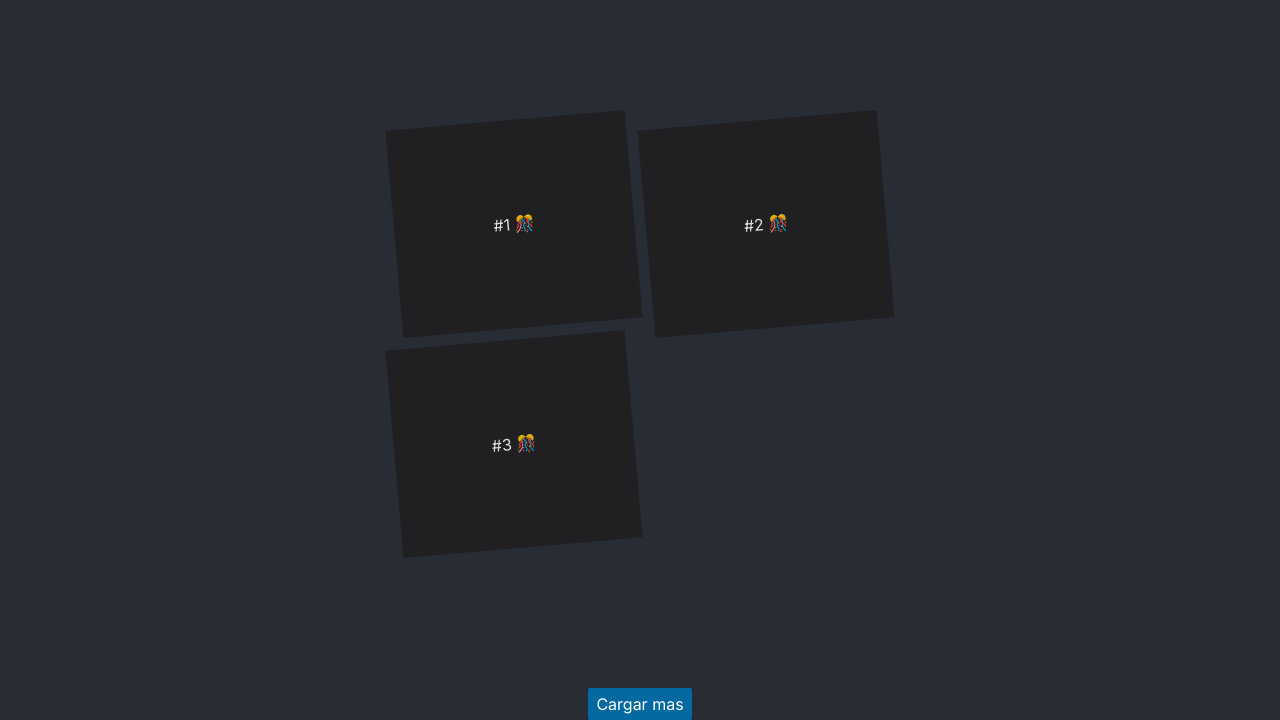
Repository: devsecops-node/simple-play
Page: /recomendations
These files come from the project's save history. The page is drawn as it stood at one moment and after the next save; the edit follows.
The browser window is 1280 px wide. The pictures show the whole page.
The project was rebuilt for these pictures with package versions that can differ from the ones it lists, and the page was loaded fresh each time. The framework's server and built-in components were replaced by stand-ins that run in the browser. Also part of the build but not shown: next.config.mjs.

Above is the page before, as saved 2024-06-21 18:50:41.

### src/app/recomendations/page.tsx
import React from 'react'
import Container from '../_components/Container'
import { RecomendationUI } from '../_components/RecomendationsSearch'
import Card from '../_components/Card'
import styles from "../_styles/cards.module.css"

export interface RecomendationUI2 {
  id: number
  recomenda: string
}

const page = () => {
  const recom: RecomendationUI2[] = [
    { id: 1, recomenda: 'Cuando sonries, el mundo entero se detiene, es tan triste que no lo veas' },
    { id: 2, recomenda: 'Si me preguntas que si te ves bien, diria que no hay nada que cambiaria, eres increible, tal como eres' },
    { id: 3, recomenda: 'Ya deja de preocuparte, recuerda que' }]
  return (
    <Container>
      <div className={styles.container}>
        <div className={styles.cards}>
          {recom.map((dat) => (
            <Card key={dat.id} recomenda={dat} />
          ))}
        </div>

      </div>
      <button className='inline-block mt-5 px-2 py-1 bg-sky-700 rounded-sm'>Cargar mas</button>
    </Container>
  )
}

export default page

### src/app/globals.css
@tailwind base;
@tailwind components;
@tailwind utilities;

:root {
  --foreground-rgb: 0, 0, 0;
  --background-start-rgb: 214, 219, 220;
  --background-end-rgb: 255, 255, 255;
}

@media (prefers-color-scheme: dark) {
  :root {
    --foreground-rgb: 255, 255, 255;
    --background-start-rgb: 0, 0, 0;
    --background-end-rgb: 0, 0, 0;
  }
}

body {
  color: rgb(var(--foreground-rgb));
  background: linear-gradient(to bottom,
      transparent,
      rgb(var(--background-end-rgb))) rgb(var(--background-start-rgb));
}

@layer utilities {
  .text-balance {
    text-wrap: balance;
  }
}

input {
  color: black;
  padding: 3px 5px;
  border-radius: 0.125rem;
  -webkit-border-radius: 0.125rem;
  -moz-border-radius: 0.125rem;
  -ms-border-radius: 0.125rem;
  -o-border-radius: 0.125rem;
  font-size: 15px;
  border: none;
}

input[type=text]:focus {
  outline: 2px solid #0284c7;
}
/* Resource for Card */

### src/app/_components/Container.tsx
import React from 'react'

const Container = ({ children }: { children: React.ReactNode }) => {
  return (
    <div className='bg-[#282c34] h-screen text-white flex flex-col items-center justify-center'>
      {children}
    </div>
  )
}

export default Container

### src/app/_components/Card.tsx
"use client"
import React, { useState } from 'react'
import styles from "../_styles/cards.module.css"
import { RecomendationUI2 } from '../recomendations/page'

// h-[120px] w-[200px] cursor-pointer p-4 rounded-md bg-white shadow-md text-black transition-all duration-150 hover:scale-105
const Card = ({ recomenda }: { recomenda: RecomendationUI2 }) => {
  const [status, setStatus] = useState(false)
  return (
    <div className={styles.card} onMouseEnter={() => setStatus(true)} onMouseLeave={() => setStatus(false)}>
      <h2 className={styles.card_title}>#{recomenda.id} 🎊</h2>
      {status ? (<p className={styles.texto}>{recomenda.recomenda}</p>) : null}
    </div>
  )
}

export default Card

### src/app/_styles/cards.module.css
.container {
  height: 100%;
  width: 100%;
  padding: 1rem 0;
  display: grid;
  place-content: center;

  .cards {
    display: grid;
    grid-template-columns: repeat(2, 1fr);
    gap: 0.75rem;
    pointer-events: none;
  }
}

.card {
  height: 13rem;
  width: 15rem;
  color: #ffffffda;
  padding: 1.5rem;
  background-color: #202022;
  pointer-events: auto;
  opacity: 1;
  transition: all 0.5s ease-in-out;
  display: flex;
  justify-items: center;
  align-items: center;
  flex-direction: column;
  -webkit-transition: all 0.5s ease-in-out;
  -moz-transition: all 0.5s ease-in-out;
  -ms-transition: all 0.5s ease-in-out;
  -o-transition: all 0.5s ease-in-out;
  transform: rotate(-5deg);
}
@media(max-width:720px){
  .card{
    min-height: 8rem;
    width: 10rem;
    overflow-y: scroll;
  }
  .texto{
    letter-spacing: -0.05em;
    font-size: 12px;
  }
}

.card:hover {
  transform: scale(1.2);
  -webkit-transform: scale(1.2);
  -moz-transform: scale(1.2);
  -ms-transform: scale(1.2);
  -o-transform: scale(1.2);
  border: 1px solid wheat;
  z-index: 10;
}
.card_title{
  margin: auto 0;
}

Loaded but not shown: src/app/layout.tsx (common file); tailwind.config.ts (common file)

After the next save:
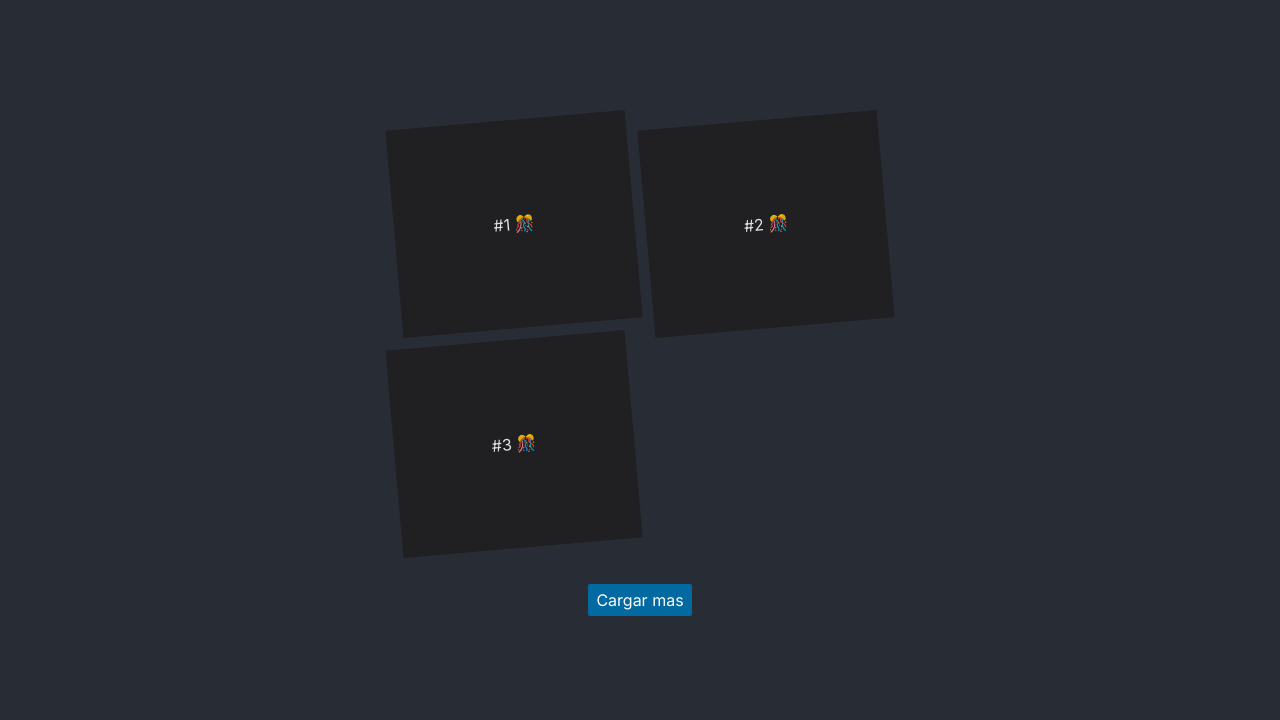
Saved 17 s later.
--- a/src/app/_styles/cards.module.css
+++ b/src/app/_styles/cards.module.css
@@ -1,6 +1,5 @@
 .container {
-  height: 100%;
-  width: 100%;
+
   padding: 1rem 0;
   display: grid;
   place-content: center;
